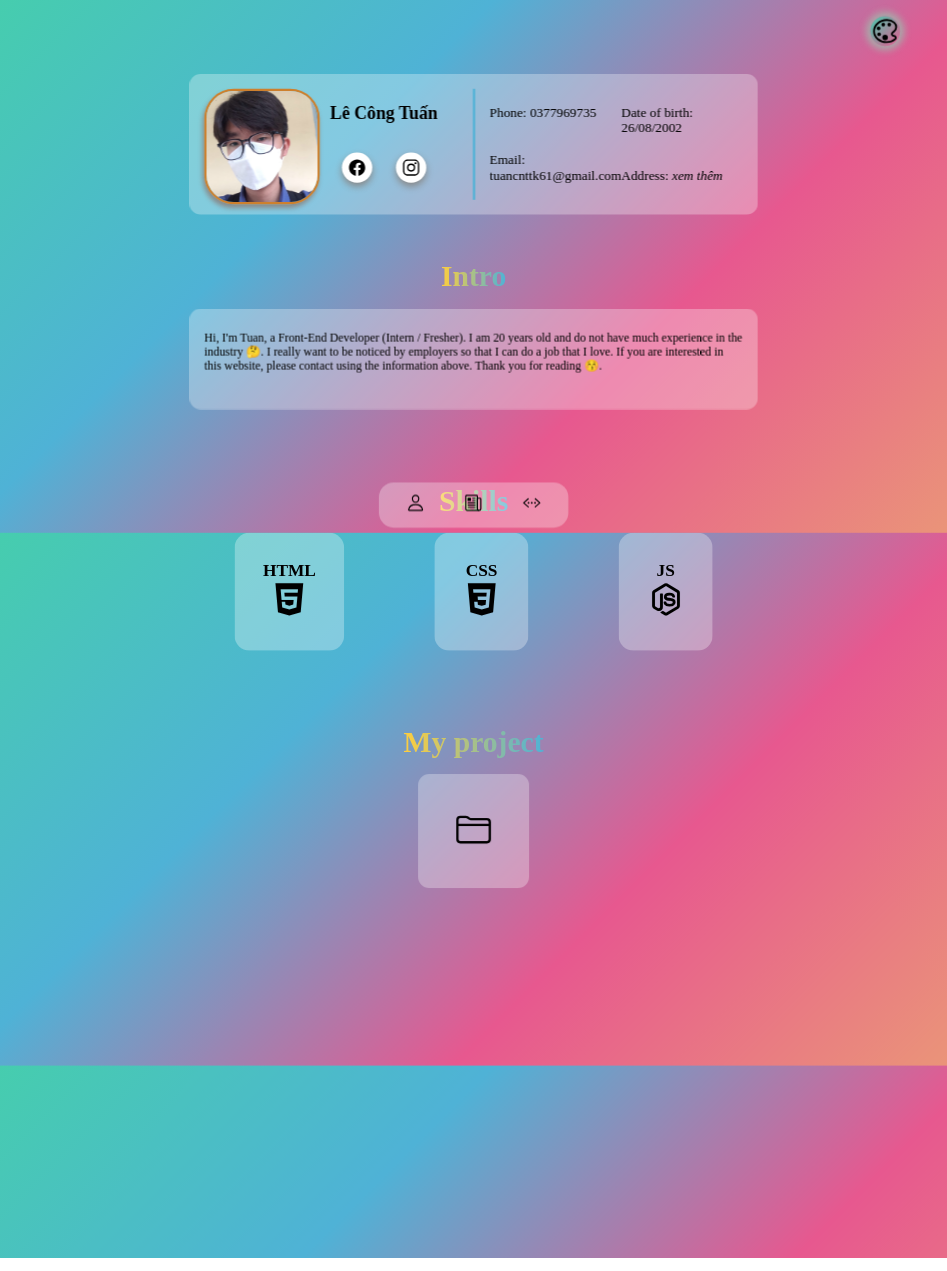
Repository: LeCongTuan2608/Profile
Page: index.html
These files come from the project's save history. The page is drawn as it stood at one moment and after the next save; the edit follows.
The browser window is 1280 px wide. The pictures show the whole page, at 74% of full size.
Backgrounds fixed to the window are drawn as part of the page. The style sheet was rebuilt from its Sass, Less or Tailwind sources for each picture, by a compiler version that may differ from the author's.

Above is the page before, as saved 2022-05-05 12:34:39.

### index.html
<!DOCTYPE html>
<html lang="en">
   <head>
      <meta charset="UTF-8" />
      <meta http-equiv="X-UA-Compatible" content="IE=edge" />
      <meta name="viewport" content="width=device-width, initial-scale=1.0" />

      <script type="module" src="https://unpkg.com/ionicons@5.5.2/dist/ionicons/ionicons.esm.js"></script>
      <script nomodule src="https://unpkg.com/ionicons@5.5.2/dist/ionicons/ionicons.js"></script>

      <link rel="preconnect" href="https://fonts.googleapis.com" />
      <link rel="preconnect" href="https://fonts.gstatic.com" crossorigin />
      <link href="https://fonts.googleapis.com/css2?family=Pacifico&display=swap" rel="stylesheet" />

      <link href="https://unpkg.com/aos@2.3.1/dist/aos.css" rel="stylesheet" />
      <script src="https://unpkg.com/aos@2.3.1/dist/aos.js"></script>

      <link rel="stylesheet" href="./sass/css/style.css" />
      <title>Profile</title>
   </head>
   <body>
      <div class="container">
         <div class="palette">
            <ion-icon name="color-palette-outline"></ion-icon>
            <div class="list-color">
               <ul>
                  <li class="bgr-color"></li>
                  <li class="bgr-color"></li>
                  <li class="bgr-color"></li>
               </ul>
            </div>
         </div>

         <div class="contents">
            <div data-aos="flip-left" data-aos-duration="1500">
               <div class="card-info">
                  <div class="personal-information">
                     <div class="image">
                        <div class="user-image">
                           <img src="./images/1.JPG" alt="" />
                        </div>
                        <div class="user-intro">
                           <h2>Lê Công Tuấn</h2>
                           <div class="user-intro-navigation">
                              <div class="navigation-fb">
                                 <a href="https://www.facebook.com/profile.php?id=100026041985048"
                                    ><ion-icon name="logo-facebook"></ion-icon
                                 ></a>
                                 <span>facebook</span>
                              </div>
                              <div class="navigation-ins">
                                 <a href="https://www.instagram.com/tuanle2608/"
                                    ><ion-icon name="logo-instagram"></ion-icon
                                 ></a>
                                 <span>instagram</span>
                              </div>
                           </div>
                        </div>
                     </div>
                     <div class="contact">
                        <div class="contact-info">
                           <span>Phone: 0377969735</span>
                           <span>Email: tuancnttk61@gmail.com</span>
                        </div>
                        <div class="contact-info">
                           <span>Date of birth: 26/08/2002</span>
                           <span>Address: <i id="see">xem thêm</i></span>
                        </div>
                     </div>
                  </div>
               </div>
            </div>
            <div class="card-intro">
               <div class="intro-yourself">
                  <div class="title">
                     <div data-aos="fade-up" data-aos-duration="1000">
                        <h1>Intro</h1>
                     </div>
                  </div>
                  <div data-aos="flip-down" data-aos-duration="1000">
                     <div class="intro-content">
                        <p>
                           Hi, I'm Tuan, a Front-End Developer (Intern / Fresher). I am 20 years old and do not have
                           much experience in the industry 🤔. I really want to be noticed by employers so that I can do
                           a job that I love. If you are interested in this website, please contact using the
                           information above. Thank you for reading 😚.
                        </p>
                     </div>
                  </div>
               </div>

               <div class="my-skills">
                  <div class="title">
                     <div data-aos="fade-down" data-aos-easing="linear" data-aos-duration="300">
                        <h1>Skills</h1>
                     </div>
                  </div>
                  <div class="skills-content">
                     <div class="list-skills">
                        <div data-aos="fade-right">
                           <h3>HTML</h3>
                           <ion-icon name="logo-html5"></ion-icon>
                        </div>

                        <div data-aos="fade-down">
                           <h3>CSS</h3>
                           <ion-icon name="logo-css3"></ion-icon>
                        </div>

                        <div data-aos="fade-left">
                           <h3>JS</h3>
                           <ion-icon name="logo-nodejs"></ion-icon>
                        </div>
                     </div>
                  </div>
               </div>

               <div class="my-project">
                  <div class="title">
                     <div data-aos="fade-up" data-aos-anchor-placement="bottom-bottom">
                        <h1>My project</h1>
                     </div>
                  </div>
                  <div class="project-box">
                     <div data-aos="zoom-in">
                        <div class="box">
                           <ion-icon name="folder-outline"></ion-icon>
                        </div>
                     </div>
                  </div>
               </div>
            </div>
         </div>

         <div class="box-container">
            <div class="list-project">
               <div class="close">
                  <ion-icon name="close-circle-outline"></ion-icon>
               </div>

               <ul>
                  <li>
                     <a href="https://lecongtuan2608.github.io/Youtube/">https://lecongtuan2608.github.io/Youtube/</a>
                  </li>
                  <li><a href="https://lecongtuan2608.github.io/music/">https://lecongtuan2608.github.io/music/</a></li>
               </ul>
            </div>
         </div>
         <div class="toolbar">
            <div class="tollbar-list">
               <ul>
                  <li><ion-icon name="person-outline"></ion-icon></li>
                  <li><ion-icon name="newspaper-outline"></ion-icon></li>
                  <li><ion-icon name="code-working-outline"></ion-icon></li>
               </ul>
            </div>
         </div>
      </div>
   </body>
   <script>
      AOS.init();
   </script>
   <script src="./js/app.js"></script>
</html>

### js/app.js
const open_project = document.querySelector('.box');
const box_container = document.querySelector('.box-container');
const close_box = document.querySelector('.close');
const list_project = document.querySelector('.list-project');
open_project.addEventListener('click', function () {
   box_container.classList.add('open');
});
close_box.addEventListener('click', function () {
   box_container.classList.remove('open');
});
box_container.addEventListener('click', function () {
   box_container.classList.remove('open');
});
list_project.addEventListener('click', function (event) {
   event.stopPropagation();
});

const palette = document.querySelector('.palette');
var bgr_colors = document.querySelectorAll('.bgr-color');
const container = document.querySelector('.container');
const text_colors = document.querySelectorAll('.title h1');
function bgr_change() {
   for (let i = 0; i < bgr_colors.length; i++) {
      bgr_colors[i].addEventListener('click', function () {
         bgr_colors = i;
         if (bgr_colors == 0) {
            for (let text_color of text_colors) {
               text_color.classList.remove('text-color-2');
               text_color.classList.remove('text-color-3');
               text_color.classList.add('text-color-1');
            }
            container.classList.remove('bgr-color-2');
            container.classList.remove('bgr-color-3');
            container.classList.add('bgr-color-1');
         } else if (bgr_colors == 1) {
            for (let text_color of text_colors) {
               text_color.classList.remove('text-color-1');
               text_color.classList.remove('text-color-3');
               text_color.classList.add('text-color-2');
            }
            container.classList.remove('bgr-color-1');
            container.classList.remove('bgr-color-3');
            container.classList.add('bgr-color-2');
         } else if (bgr_colors == 2) {
            for (let text_color of text_colors) {
               text_color.classList.remove('text-color-1');
               text_color.classList.remove('text-color-2');
               text_color.classList.add('text-color-3');
            }
            container.classList.remove('bgr-color-1');
            container.classList.remove('bgr-color-2');
            container.classList.add('bgr-color-3');
         }
      });
   }
}
bgr_change();

### sass/style.scss
*{
    margin: 0;
    padding: 0;
}
html{
    width: 100%;
    height: 100%;
    padding: 0;
    margin: 0;
    font-family: 'Fredoka One', cursive;

}
body{
    width: 100%;
    height: auto;

}
.container{
    padding-top: 100px;
    width: 100%;
    height: auto;
    position: relative;
    background-image: linear-gradient(-45deg, #ea9479, #e7588f, #4fb2d6, #46cdae);
    background-attachment: fixed;
}
.bgr-color-1{
    background-image: linear-gradient(90deg, #74EBD5 0%, #9FACE6 100%);
    background-attachment: fixed;
}
.bgr-color-2{
    background-image: linear-gradient(to right, #eea2a2 0%, #bbc1bf 19%, #57c6e1 42%, #b49fda 79%, #7ac5d8 100%);
    background-attachment: fixed;
}
.bgr-color-3{
    background-image: linear-gradient(to top, #88d3ce 0%, #6e45e2 100%);
    background-attachment: fixed;
}
.palette{
    position: fixed;
    top: 3%;
    right: 5%;
    font-size: 40px;
}
.list-color ul{
    position: absolute;
}
.palette:hover ul li{
    display: block;
}
// chọn màu bgr
.list-color ul li:first-child{
    margin-bottom: 10px;
    background-image: linear-gradient(90deg, #74EBD5 0%, #9FACE6 100%);
}
.list-color ul li:nth-of-type(2){
    margin-bottom: 10px;
    background-image: linear-gradient(to right, #eea2a2 0%, #bbc1bf 19%, #57c6e1 42%, #b49fda 79%, #7ac5d8 100%);
}
.list-color ul li:last-child{
    background-image: linear-gradient(to top, #88d3ce 0%, #6e45e2 100%);

}

.list-color ul li{
    list-style-type: none;
    display: none;
    width: 40px;
    height: 40px;
    border-radius: 100rem;
    box-shadow: #3d3d3d -1px 2px 5px 2px;

}
.toolbar{
    width:  20%;
    border-radius: 20px;
    position: fixed;
    font-size: 25px;
    left: 50%;
    transform: translateX(-50%);
    bottom: 1%;
    background-color: rgba($color: white, $alpha: 0.3);
}
.tollbar-list{
    padding: 10px;
}
.toolbar ul{
    display: flex;
    justify-content: space-around;
}
.toolbar ul li {
    list-style-type: none;
    display: inline;
    border-radius: 100rem;
    cursor: pointer;
}
.toolbar ul li ion-icon{
    padding: 5px;
}
.toolbar ul li:hover {
background-color: #a5e296;
}
.palette ion-icon{
    background-image: linear-gradient(-45deg, #e7588f,#46cdae);
    border-radius: 100rem;
    box-shadow: #a9a9a9 0px 0px 10px 6px;
    cursor: pointer;
}
.contents{
    width: 100%;
    display: flex;
    flex-wrap: wrap;
    align-content: center;
    flex-direction: column;
}
.contents > div{
    width: 60%;
}
.card-info{
    background-color: rgba($color: white, $alpha: 0.3);
    border-radius: 15px;
}
.personal-information{
    padding: 20px;
    display: flex;

}
.image{
    display: flex;
    flex: 1;
    border-right: 3px solid;
    border-color:#4fb2d6;
    padding-right: 20px;
}
.user-image{
    width: 150px;
    height: 150px;
    // border: 3px solid;
    // border-image-source: linear-gradient(to top, #f64f59, #9634c8);
    // border-image-slice :1;
}
.user-image img{
    width: 100%;
    height: 100%;
    object-fit: cover;
    border-radius: 40px;
    border: solid;
    border-color: #cd802e;
    box-shadow: rgb(137, 137, 137) -2px 5px 7px 0px;


}
.user-intro{
    display: flex;
    margin-left: 20px;
    flex-direction: column;
    justify-content: space-around;
}
.user-intro-navigation{
    display: flex;
    justify-content: space-around;
}
.user-intro-navigation a{
    color: black;
    text-decoration: none;
}
.user-intro-navigation a > ion-icon{
    font-size: 25px;
    border-radius: 100rem;
    padding: 8px;
    background-color: white;
    box-shadow: rgb(137, 137, 137) 0px 5px 10px 0px;
}
.navigation-fb{
    position: relative;
}
.navigation-fb span{
    display: none;
}
.navigation-fb a > ion-icon:hover{
    background-color: rgb(153, 159, 248);
}
.navigation-fb:hover span{
    position: absolute;
    display: block;
    background-color: rgb(153, 159, 248);
    border-radius: 40px;
    padding: 5px;
    font-size: 18px;
    top: -95%;
    left: -50%;
    font-weight: 700;
    animation: intro ease 0.5s;
    z-index: 2;
}
.navigation-fb:hover::after{
    position: absolute;
    content: "";
    width: 13px;
    height: 13px;
    background-color: rgb(153, 159, 248);
    clip-path: polygon(50% 100%, 0 0, 100% 0);
    top: -25%;
    left: 30%;
    animation: intro ease 0.5s;
    z-index: 1;
}


.navigation-ins{
    position: relative;
}
.navigation-ins span{
    display: none;
}
.navigation-ins a > ion-icon:hover{
    background-color: rgb(64, 173, 177);
}
.navigation-ins:hover span{
    position: absolute;
    display: block;
    background-color: rgb(64, 173, 177);
    border-radius: 40px;
    padding: 5px;
    font-size: 18px;
    top: -95%;
    left: -50%;
    font-weight: 700;
    animation: intro ease 0.5s;
    z-index: 2;
}
.navigation-ins:hover::after{
    position: absolute;
    content: "";
    width: 13px;
    height: 13px;
    background-color: rgb(64, 173, 177);
    clip-path: polygon(50% 100%, 0 0, 100% 0);
    top: -25%;
    left: 30%;
    animation: intro ease 0.5s;
    z-index: 1;
}
.contact{
    flex: 1;
    display: flex;
    padding-left: 20px;
}
.contact-info{
    flex: 1;
    display: flex;
    flex-direction: column;
    justify-content: space-around;
}
.contact-info span{
    font-size: 18px;
    overflow: hidden;
}

.card-intro{
    margin-top: 30px;
    width: 60%;

}
.intro-yourself{
    margin: 30px 0 100px 0;
}
.title{
    text-align: center;
    margin-bottom: 20px;
    font-size: 20px;
}
.title h1{
    display: inline-block;
    background-image: linear-gradient( to right,#ffce3d, #4fb2d6);
    color: transparent;
    -webkit-background-clip: text;
    background-clip: text;
}
// đổi màu text
.text-color-1{
    background-image: linear-gradient(-225deg, #AC32E4 0%, #7918F2 48%, #4801FF 100%) !important;
}
.text-color-2{
    background-image: linear-gradient(-225deg, #A445B2 0%, #D41872 52%, #FF0066 100%) !important;
}
.text-color-3{
    background-image: linear-gradient(to top, #50cc7f 0%, #f5d100 100%) !important;
}

//===============
.intro-content{
    padding: 30px 20px 50px 20px;
    background-color: rgba($color: white, $alpha: 0.3);
    border-radius: 15px;
}

.my-skills {
    margin: 30px 0 100px 0;
}
.skills-content .list-skills{
    display: flex;
    justify-content: space-around;
}
.skills-content .list-skills div{
    padding: 5%;
    border-radius: 20px;
    background-color: rgba(255, 255, 255, 0.3);
    list-style-type: none;
    display: inline;
    text-align: center;
    font-size: 20px;
}

.skills-content .list-skills div ion-icon{
    font-size: 50px;
}
.my-project{
    margin: 30px 0 500px 0;
}
.project-box{
    display: flex;
    justify-content: center;
}
.box{
    background-color: rgba($color: white, $alpha: 0.3);
    border-radius: 15px;
    text-align: center;
    cursor: pointer;
}
.box:hover{
    transition-duration: 0.5s;
    transform: scale(1.1, 1.1);
    box-shadow: rgba(130, 130, 130, 0.773) 0px 1px 5px 2px;
}
.box > ion-icon{
    font-size: 50px;
    padding: 50px;
}
.box-container{
    position: fixed;
    top:0;
    left: 0;
    right: 0;
    bottom: 0;
    background-color: rgba( rgb(186, 186, 186), 0.5);
    display: none;
}
.open{
    display: block;
}
.list-project{
    position: absolute;
    left: 30%;
    right: 30%;
    top: 50%;
    transform: translateY(-50%);
    border-radius: 15px;
    background-color: white;
    box-shadow: rgb(137, 137, 137) 0px 5px 10px 0px;
    text-align: center;
    animation: intro ease 1s;

}
.close{
    position: absolute;
    width: 30px;
    height: 30px;
    right: 2%;
    top: 2%;
    font-size: 25px;
    cursor: pointer;
}
.list-project ion-icon:hover{
    color: red;
    border-radius: 100rem;

}
.list-project ul{
    padding: 50px 10px 30px 10px;
}
.list-project ul li{
    list-style-type: none;
}
.list-project ul li a{
    text-decoration: none;
    color: black;
}
.list-project ul li a:hover{
    color: rgb(53, 138, 213);
}
@keyframes intro{
    from {
        transform: translateY((100%));
    }
    to{
        transform: translateY((-50%));
    }
}
@media screen and (max-width:1060px) {
    .contents {
        display: block;
    }
    .contents > div{
        margin: 0 10% 0 10%;
        width: 80%;
    }
}
@media screen and (max-width:820px) {
    .contents {
        display: block;
    }
    .personal-information{
        display: block;
    }
    .image{
        border-right: none;
        border-bottom: 3px solid;
        border-color: #4fb2d6;
        padding-right: 0;
        padding-bottom: 30px;
    }
    .contact{
        padding-top: 30px;
        padding-left: 0px;

    }
}
@media screen and (max-width:567px){
    .image{
        border-right: none;
        border-bottom: 3px solid;
        border-color: #4fb2d6;
        padding-right: 0;
        padding-bottom: 30px;
    }
    .contact{
        padding-top: 30px;
        display: block;
    }
}

After the next save:
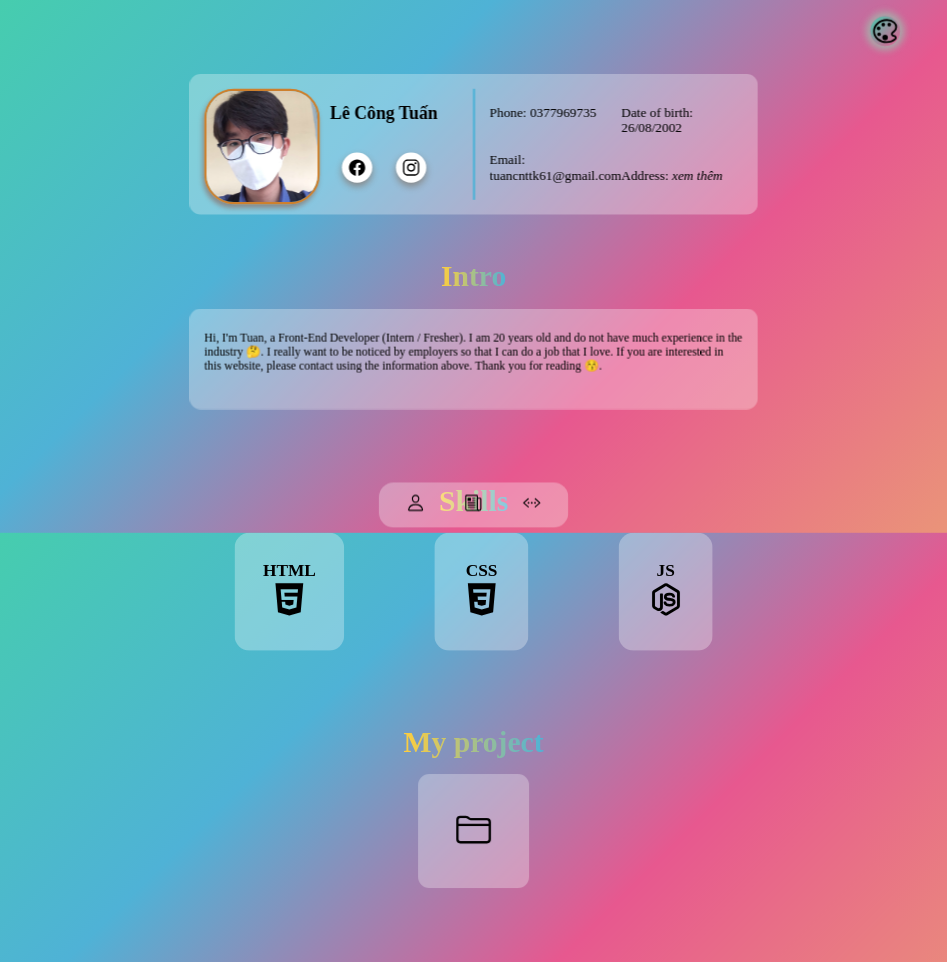
Saved 13 s later.
--- a/sass/style.scss
+++ b/sass/style.scss
@@ -315,7 +315,8 @@ background-color: #a5e296;
     font-size: 50px;
 }
 .my-project{
-    margin: 30px 0 500px 0;
+    margin: 30px 0 100px 0;
+
 }
 .project-box{
     display: flex;
